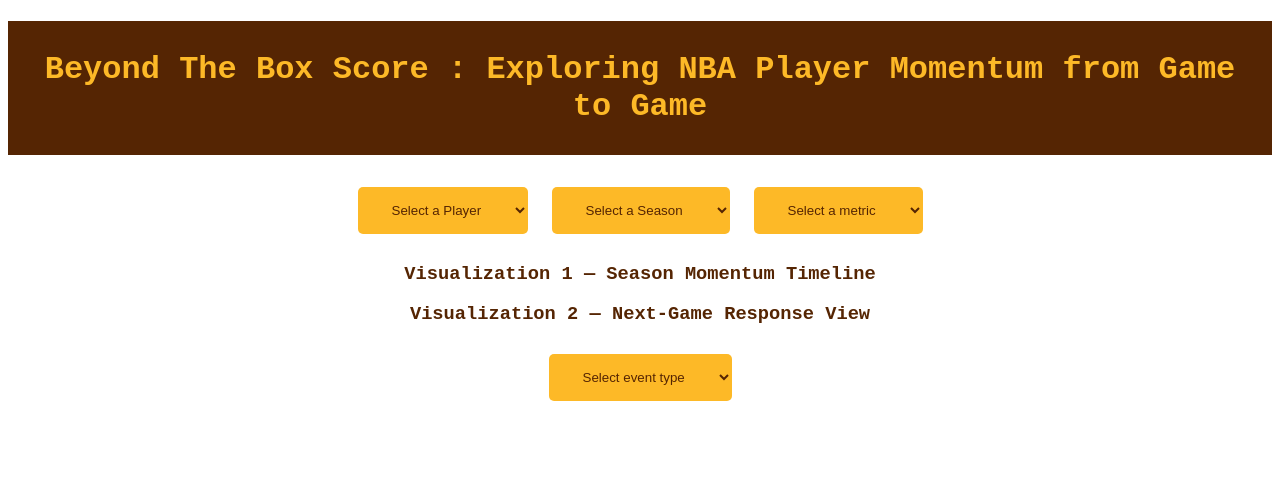
Repository: houdafatih/Data-Viz-Project
Page: index.html
The author's editor kept a copy of each file at every save. The page is drawn from the files as they stood at one save, then again after the next save.
The browser window is 1280 px wide. The pictures show the whole page.

Above is the page before, as saved 2026-06-15 12:01:14.

After the next save:
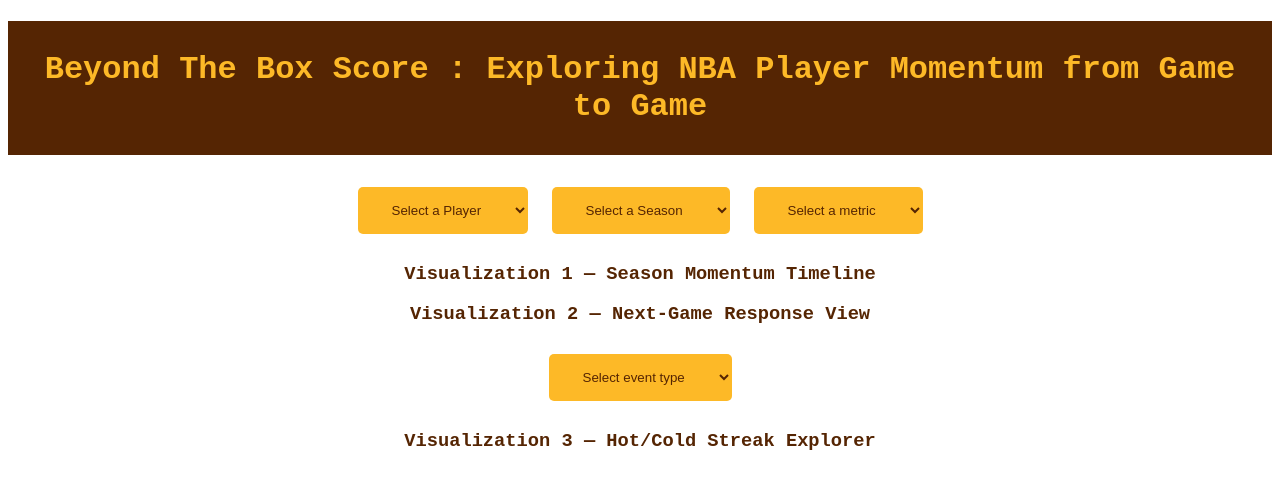
Saved 31 s later.
--- a/index.html
+++ b/index.html
@@ -42,8 +42,8 @@
      </div>
      <div id="vizual2"></div>
 
-     <!---<h3>Visualization 3 — Hot/Cold Streak Explorer</h3>
-     <div id="vizual3"></div>
+     <h3>Visualization 3 — Hot/Cold Streak Explorer</h3>
+     <!---<div id="vizual3"></div>
 
      <h3>Visualization 4 — Context Impact View</h3>
      <div id="vizual4"></div> ---->
